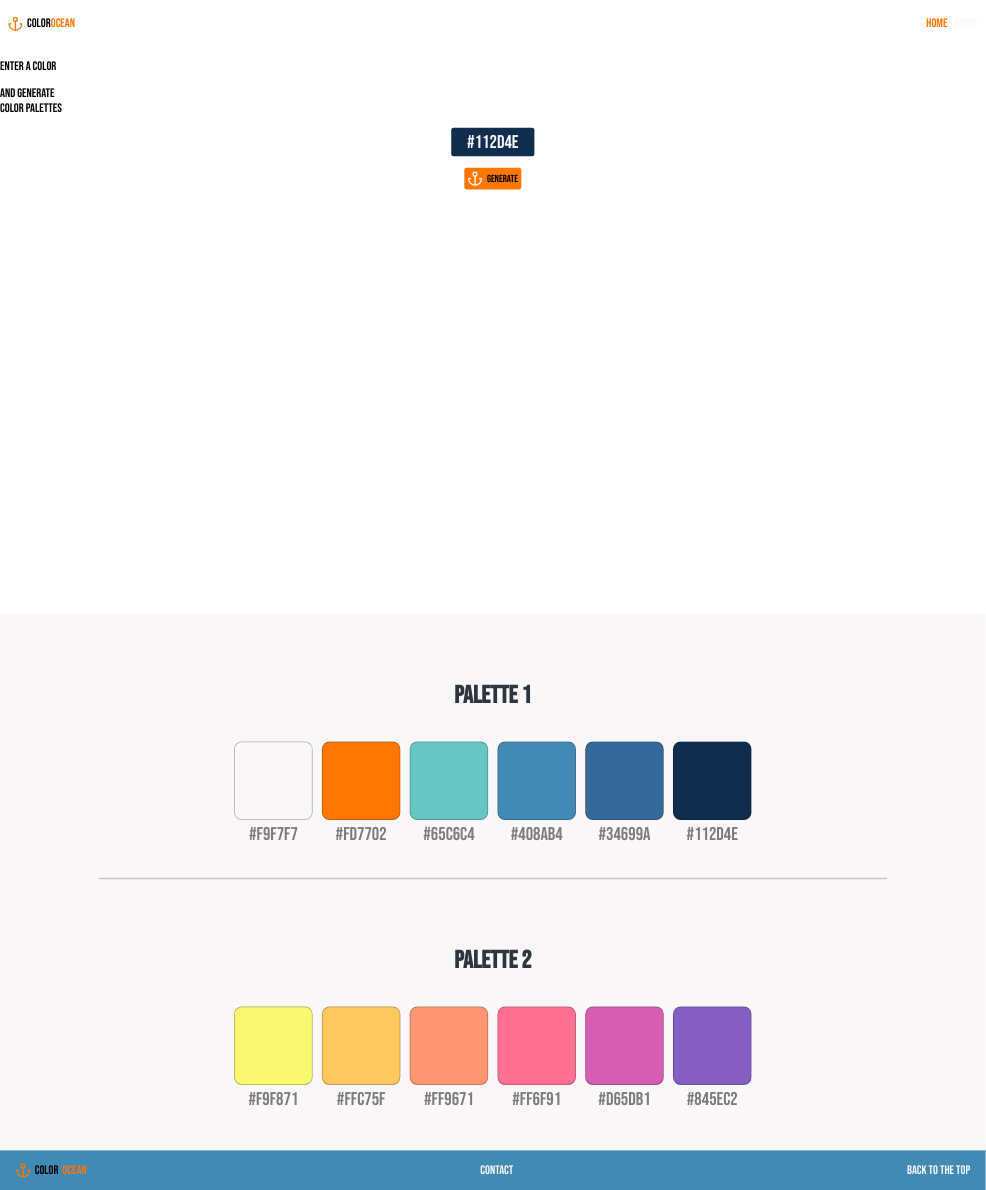
Repository: Ulvang01/WebTekProject
Page: src/index.html
An editor plug-in stored every save of this project. The page is shown before and after the next save, followed by the edit.
The browser window is 1280 px wide. The pictures show the whole page, at 77% of full size.

Above is the page before, as saved 2022-11-04 15:59:55.

After the next save:
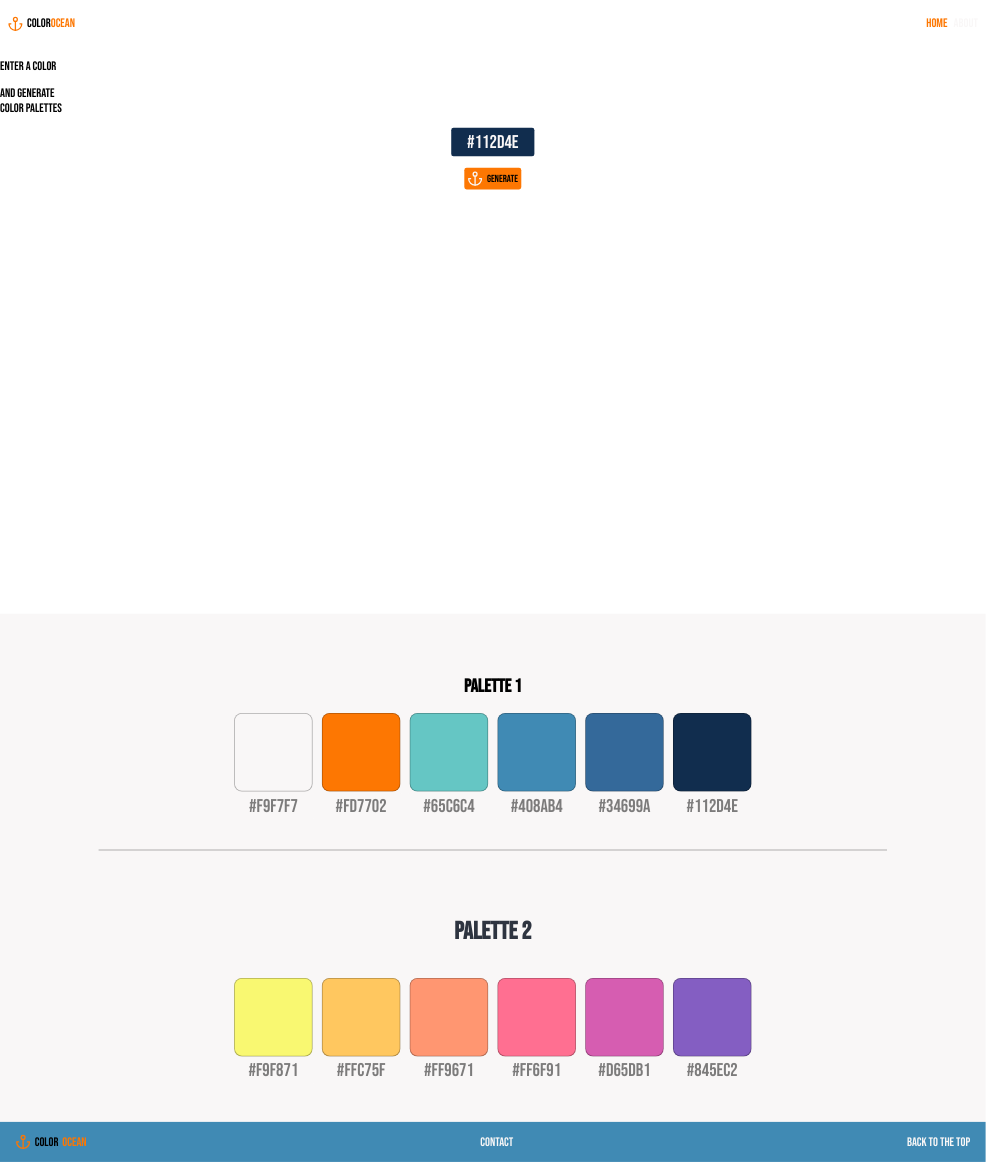
Saved 8 s later.
--- a/src/index.html
+++ b/src/index.html
@@ -49,7 +49,7 @@
 
 			<section id="color-section">
 				<div class="color-container">
-					<h1 class="theme-title">Palette 1</h1>
+					<h1 class="palette-name">Palette 1</h1>
 					<div class="color-box">
 						<div class="color-frame">
 							<div class="cf9f7f7 color"></div>
